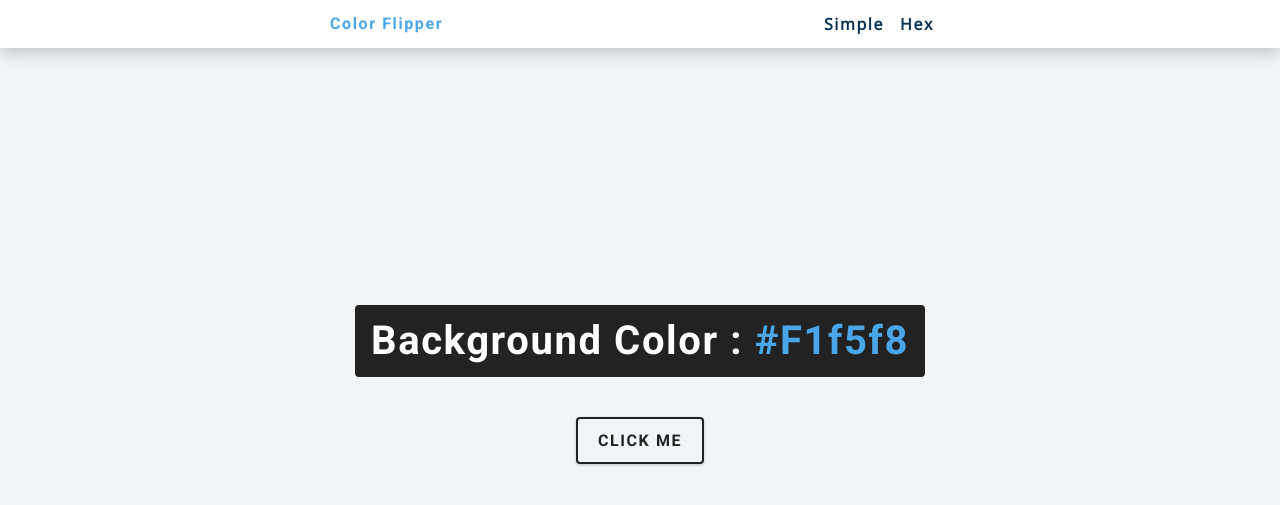
Repository: smit1298/color-changer
Page: hex.html
An editor plug-in stored every save of this project. The page is shown before and after a run of saves, followed by the edit.
The browser window is 1280 px wide. The pictures show the whole page.
After loading, the first visible `#btn` was clicked once.

Above is the page before, as saved 2022-05-02 19:15:33.
Console error: ReferenceError: he is not defined

### hex.html
<!DOCTYPE html>
<html lang="en">
  <head>
    <meta charset="UTF-8" />
    <meta name="viewport" content="width=device-width, initial-scale=1.0" />
    <title>
      Color Flipper || Simple
    </title>

    <!-- styles -->
    <link rel="stylesheet" href="styles.css" />
  </head>

  <body>
    <nav>
      <div class="nav-center">
        <h4>color flipper</h4>
        <ul class="nav-links">
          <li><a href="index.html">simple</a></li>
          <li><a href="hex.html">hex</a></li>
        </ul>
      </div>
    </nav>
    <main>
      <div class="container">
        <h2>background color : <span class="color">#f1f5f8</span></h2>
        <button class="btn btn-hero" id="btn">click me</button>
      </div>
    </main>
    <!-- javascript -->
    <script src="hex.js"></script>
  </body>
</html>

### styles.css
/*
===============
Fonts
===============
*/
@import url("https://fonts.googleapis.com/css?family=Open+Sans|Roboto:400,700&display=swap");

/*
===============
Variables
===============
*/

:root {
  /* dark shades of primary color*/
  --clr-primary-1: hsl(205, 86%, 17%);
  --clr-primary-2: hsl(205, 77%, 27%);
  --clr-primary-3: hsl(205, 72%, 37%);
  --clr-primary-4: hsl(205, 63%, 48%);
  /* primary/main color */
  --clr-primary-5: hsl(205, 78%, 60%);
  /* lighter shades of primary color */
  --clr-primary-6: hsl(205, 89%, 70%);
  --clr-primary-7: hsl(205, 90%, 76%);
  --clr-primary-8: hsl(205, 86%, 81%);
  --clr-primary-9: hsl(205, 90%, 88%);
  --clr-primary-10: hsl(205, 100%, 96%);
  /* darkest grey - used for headings */
  --clr-grey-1: hsl(209, 61%, 16%);
  --clr-grey-2: hsl(211, 39%, 23%);
  --clr-grey-3: hsl(209, 34%, 30%);
  --clr-grey-4: hsl(209, 28%, 39%);
  /* grey used for paragraphs */
  --clr-grey-5: hsl(210, 22%, 49%);
  --clr-grey-6: hsl(209, 23%, 60%);
  --clr-grey-7: hsl(211, 27%, 70%);
  --clr-grey-8: hsl(210, 31%, 80%);
  --clr-grey-9: hsl(212, 33%, 89%);
  --clr-grey-10: hsl(210, 36%, 96%);
  --clr-white: #fff;
  --clr-red-dark: hsl(360, 67%, 44%);
  --clr-red-light: hsl(360, 71%, 66%);
  --clr-green-dark: hsl(125, 67%, 44%);
  --clr-green-light: hsl(125, 71%, 66%);
  --clr-black: #222;
  --ff-primary: "Roboto", sans-serif;
  --ff-secondary: "Open Sans", sans-serif;
  --transition: all 0.3s linear;
  --spacing: 0.1rem;
  --radius: 0.25rem;
  --light-shadow: 0 5px 15px rgba(0, 0, 0, 0.1);
  --dark-shadow: 0 5px 15px rgba(0, 0, 0, 0.2);
  --max-width: 1170px;
  --fixed-width: 620px;
}
/*
===============
Global Styles
===============
*/

*,
::after,
::before {
  margin: 0;
  padding: 0;
  box-sizing: border-box;
}
body {
  font-family: var(--ff-secondary);
  background: var(--clr-grey-10);
  color: var(--clr-grey-1);
  line-height: 1.5;
  font-size: 0.875rem;
}
ul {
  list-style-type: none;
}
a {
  text-decoration: none;
}
h1,
h2,
h3,
h4 {
  letter-spacing: var(--spacing);
  text-transform: capitalize;
  line-height: 1.25;
  margin-bottom: 0.75rem;
  font-family: var(--ff-primary);
}
h1 {
  font-size: 3rem;
}
h2 {
  font-size: 2rem;
}
h3 {
  font-size: 1.25rem;
}
h4 {
  font-size: 0.875rem;
}
p {
  margin-bottom: 1.25rem;
  color: var(--clr-grey-5);
}
@media screen and (min-width: 800px) {
  h1 {
    font-size: 4rem;
  }
  h2 {
    font-size: 2.5rem;
  }
  h3 {
    font-size: 1.75rem;
  }
  h4 {
    font-size: 1rem;
  }
  body {
    font-size: 1rem;
  }
  h1,
  h2,
  h3,
  h4 {
    line-height: 1;
  }
}
/*  global classes */

/* section */
.section {
  padding: 5rem 0;
}

.section-center {
  width: 90vw;
  margin: 0 auto;
  max-width: 1170px;
}
@media screen and (min-width: 992px) {
  .section-center {
    width: 95vw;
  }
}
main {
  min-height: 100vh;
  display: grid;
  place-items: center;
}

/*
===============
Nav
===============
*/
nav {
  background: var(--clr-white);
  height: 3rem;
  display: grid;
  align-items: center;
  box-shadow: var(--dark-shadow);
}
.nav-center {
  width: 90vw;
  max-width: var(--fixed-width);
  margin: 0 auto;
  display: flex;
  align-items: center;
  justify-content: space-between;
}
.nav-center h4 {
  margin-bottom: 0;
  color: var(--clr-primary-5);
}
.nav-links {
  display: flex;
}
nav a {
  text-transform: capitalize;
  font-weight: 700;
  font-size: 1rem;
  color: var(--clr-primary-1);
  letter-spacing: var(--spacing);
  margin-right: 1rem;
}
nav a:hover {
  color: var(--clr-primary-5);
}
/*
===============
Container
===============
*/
main {
  min-height: calc(100vh - 3rem);
  display: grid;
  place-items: center;
}
.container {
  text-align: center;
}
.container h2 {
  background: var(--clr-black);
  color: var(--clr-white);
  padding: 1rem;
  border-radius: var(--radius);
  margin-bottom: 2.5rem;
}
.color {
  color: var(--clr-primary-5);
}
.btn-hero {
  font-family: var(--ff-primary);
  text-transform: uppercase;
  background: transparent;
  color: var(--clr-black);
  letter-spacing: var(--spacing);
  display: inline-block;
  font-weight: 700;
  transition: var(--transition);
  border: 2px solid var(--clr-black);
  cursor: pointer;
  box-shadow: 0 1px 3px rgba(0, 0, 0, 0.2);
  border-radius: var(--radius);
  font-size: 1rem;
  padding: 0.75rem 1.25rem;
}
.btn-hero:hover {
  color: var(--clr-white);
  background: var(--clr-black);
}

### hex.js
const hex = [0, 1, 2, 3, 4, 5, 6, 7, 8, 9, "A", "B", "C", "D", "E", "F"];

// f17025
const btn = document.getElementById('btn');
const color = document.querySelector('.color');

btn.addEventListener('click', function(){
let hexColor = '#';
for (let i = 0; i<6; i++){
    hexColor += hex[0]
}
color.textContent = he
})

After the next 4 saves:
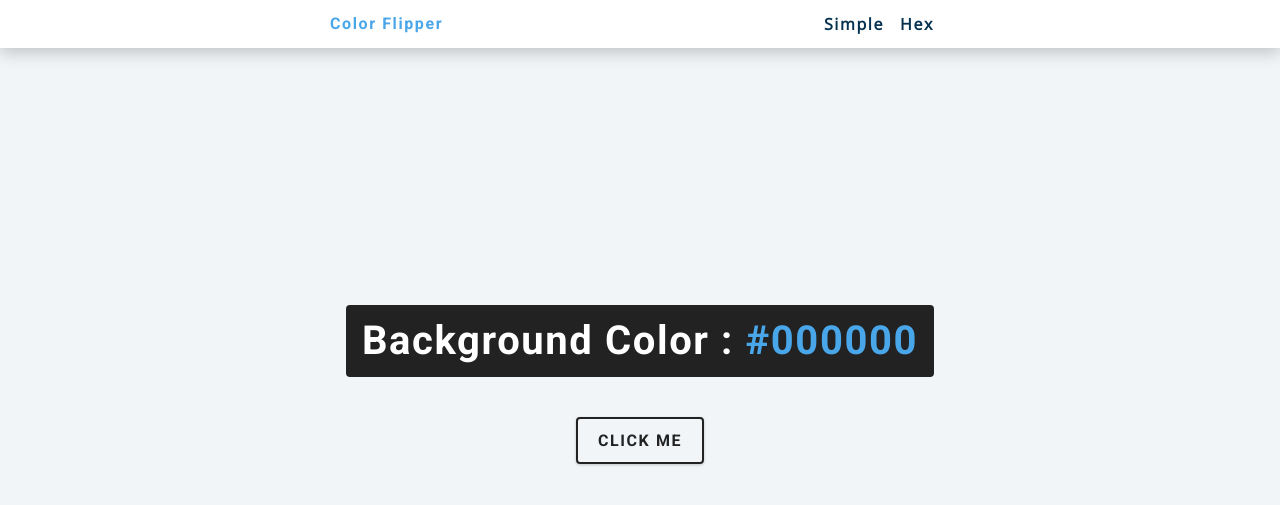
The error is gone.
The 4 saves are shown as one change because they came seconds apart.
The last was saved 10 s later.
--- a/hex.js
+++ b/hex.js
@@ -9,5 +9,6 @@ let hexColor = '#';
 for (let i = 0; i<6; i++){
     hexColor += hex[0]
 }
-color.textContent = he
+color.textContent = hexColor;
+document
 })
